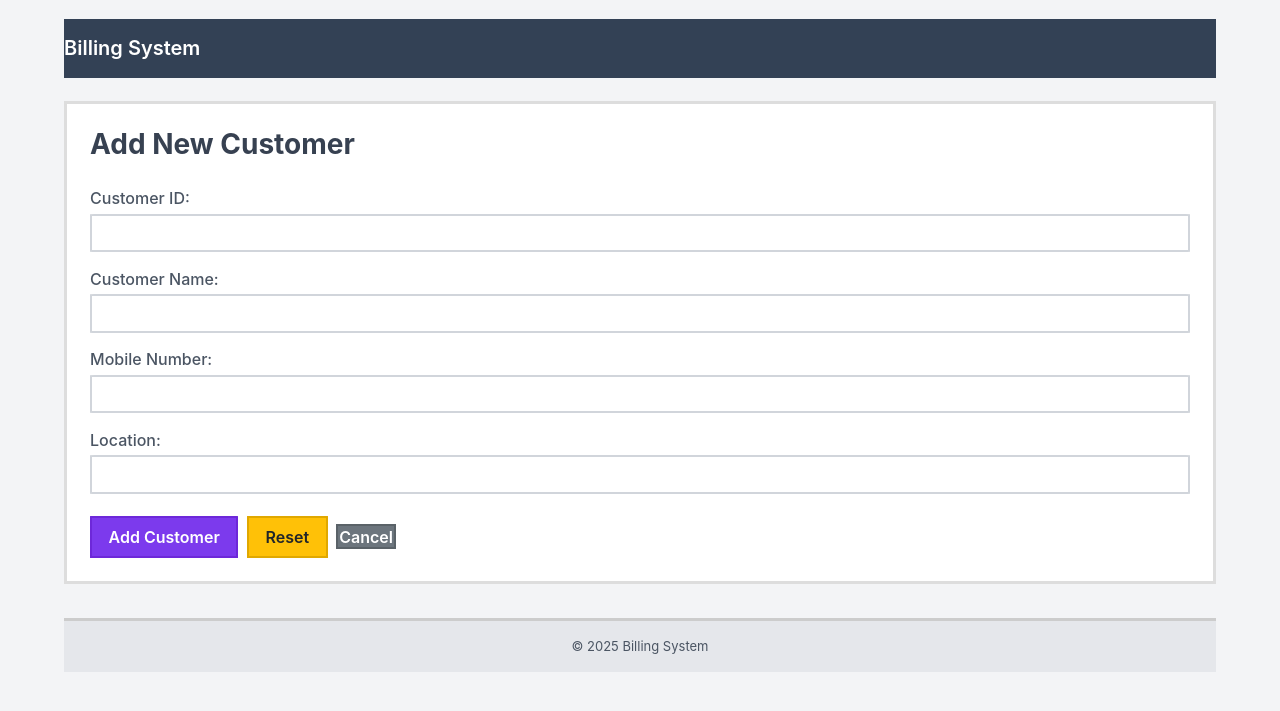
Repository: apprameyu0903/Saasant-Apprameyu
Page: http://localhost/BillingSystemWebProject/add_customer.jsp
These files come from the project's save history. The page is drawn as it stood at one moment and after the next save; the edit follows.
The browser window is 1280 px wide. The pictures show the whole page.
The page is served by Tomcat 9.

Above is the page before, as saved 2025-05-12 17:01:33.

After the next save:
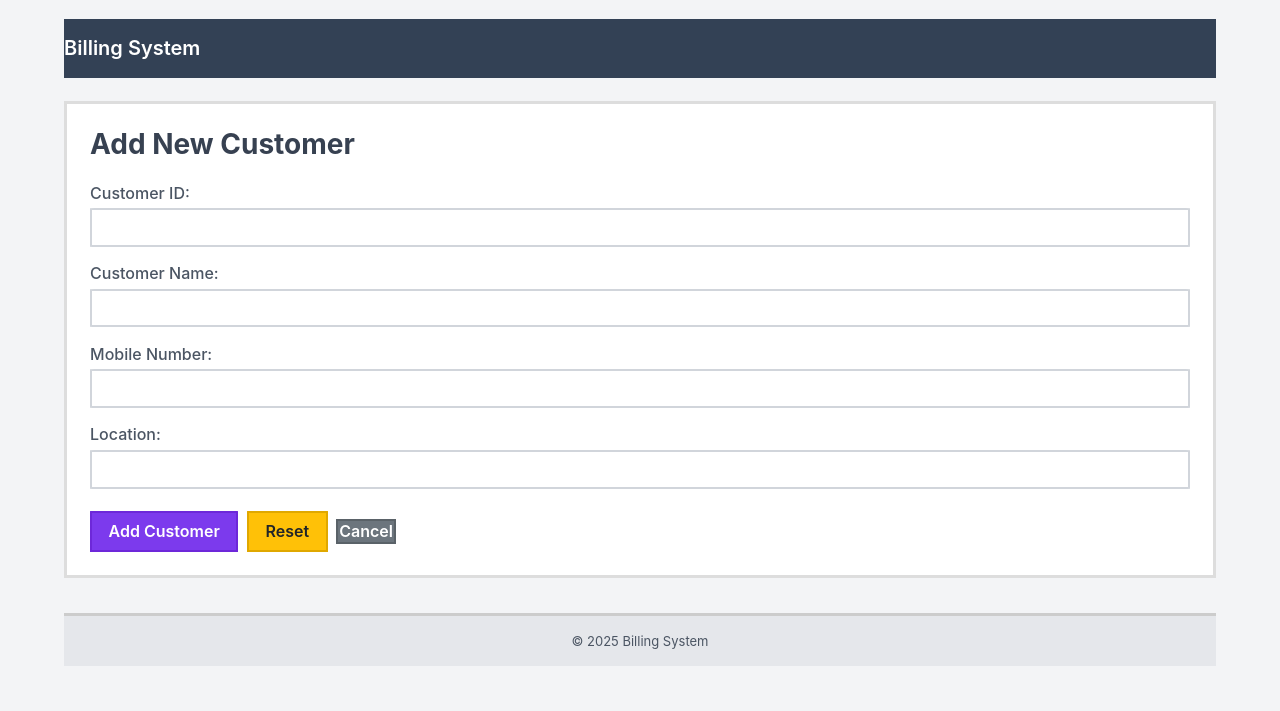
Saved 18 s later.
--- a/eclipse-workspace/BillingSystemWebProject/src/main/webapp/style.css
+++ b/eclipse-workspace/BillingSystemWebProject/src/main/webapp/style.css
@@ -290,3 +290,47 @@ body {
     gap: 0%; /* Let margin on buttons/links handle spacing if not all are direct children */
     align-items: center; /* Align items vertically */
 }
+
+.filter-bar {
+            margin-bottom: 20px;
+            padding: 10px 0; /* Adjust padding */
+            display: flex;
+            gap: 10px;
+            align-items: center;
+            /* Remove background/border for a cleaner look like the image */
+            /* background-color: #f9fafb; */
+            /* border: 1px solid #e5e7eb; */
+            /* border-radius: 5px; */
+        }
+
+.filter-bar label {
+    font-weight: 500; /* Make label slightly bolder */
+    color: #374151; /* Darker gray */
+    font-size: 0.95em; /* Adjust size */
+}
+
+.filter-bar input[type="text"] {
+    padding: 8px 12px; /* Adjust padding */
+    border: 1px solid #d1d5db; /* Standard border */
+    border-radius: 4px;
+    font-size: 0.9em;
+    width: 300px; /* Set a fixed width or use max-width */
+    /* Remove flex-grow if fixed width is desired */
+}
+
+.filter-bar input[type="text"]:focus {
+    outline: 1px solid #7c3aed;
+    border-color: #7c3aed;
+    box-shadow: 0 0 0 2px rgba(124, 58, 237, 0.2); /* Optional focus ring */
+}
+
+/* Adjust title section alignment if needed */
+.title-section {
+     align-items: center; /* Align title and button vertically */
+     margin-bottom: 10px; /* Reduce space below title */
+}
+
+/* Adjust page title if needed */
+ .page-title {
+     margin-bottom: 0; /* Remove bottom margin if title-section handles spacing */
+ }
